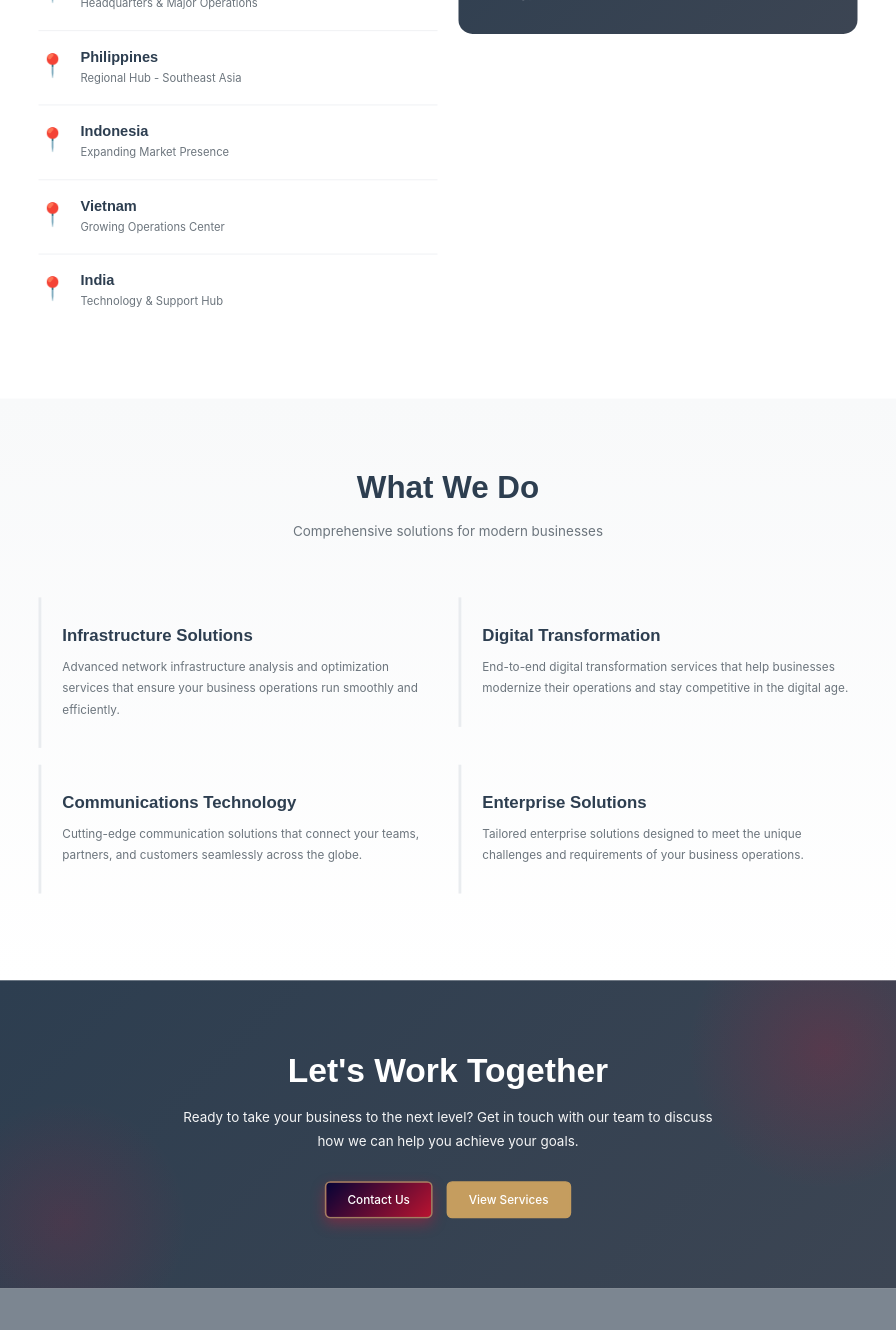
Repository: anamika-webdev/zuree_telecom_react
Page: /about-us
The author's editor kept a copy of each file at every save. The page is drawn from the files as they stood at one save, then again after the next save.
The browser window is 1280 px wide. The pictures show the part of the page from y = 2569 to 4469 px (the page is 5264 px tall), at 70% of full size.
Pictures or frames that could not be fetched are drawn as grey boxes. The page's requests for data from a server got no answer. Backgrounds fixed to the window are drawn as part of the page. The project was rebuilt for these pictures with package versions that can differ from the ones it lists, and the page was loaded fresh each time. No one was signed in, and anything a server would have sent is missing. Also part of the build but not shown: vite.config.js, src/assets/css/admin-layout.css, src/components/layout/AdminLayout.jsx, src/components/PrivateRoute.jsx, src/assets/css/admin-login.css, src/pages/AdminLogin.jsx, src/pages/Home.jsx, src/pages/Services.jsx and 35 more.

Above is the page before, as saved 2025-11-05 21:52:08.

After the next save:
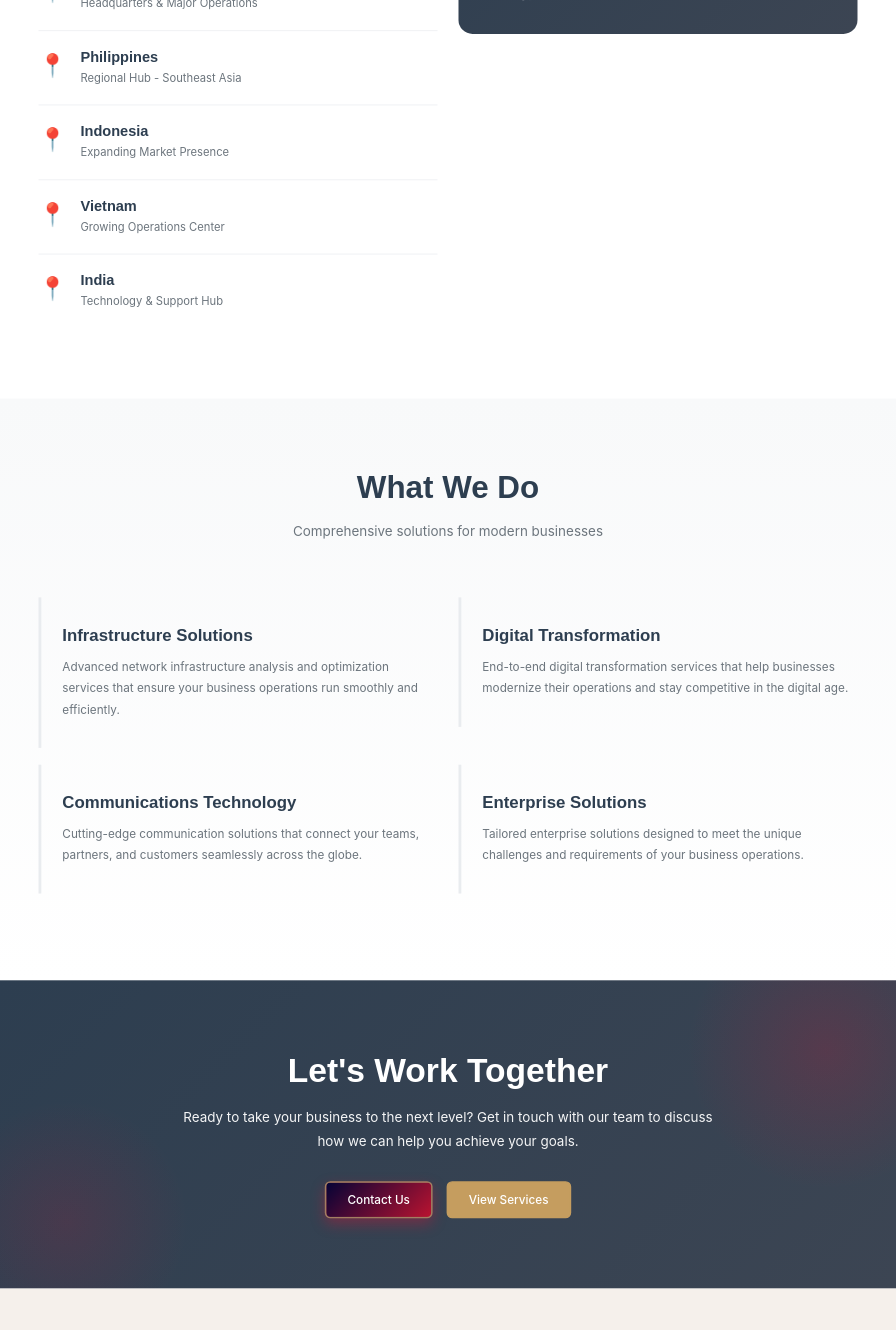
Saved 3 min 27 s later.
--- a/src/assets/css/complete-beige-theme.css
+++ b/src/assets/css/complete-beige-theme.css
@@ -268,78 +268,78 @@ a:hover {
 
 /* 13. Footer Styles
 --------------------------------------------------------------*/
-.site-footer {
+body .site-footer {
   /* UPDATED: Changed to hero section color */
-  background-color: var(--secondary-color);
+  background-color: var(--secondary-color) !important;
   /* UPDATED: Changed text to dark color for visibility */
-  color: var(--text-color);
+  color: var(--text-color) !important;
   padding-top: 60px;
   font-size: 15px;
 }
 
-.site-footer h5 {
+body .site-footer h5 {
   /* UPDATED: Changed heading to dark color */
-  color: var(--primary-color);
+  color: var(--primary-color) !important;
   font-weight: 600;
   margin-bottom: 20px;
 }
 
-.site-footer .footer-widget {
+body .site-footer .footer-widget {
   margin-bottom: 30px;
 }
 
-.site-footer .footer-links li {
+body .site-footer .footer-links li {
   padding: 5px 0;
 }
 
-.site-footer .footer-links li a {
+body .site-footer .footer-links li a {
   /* UPDATED: Changed link to dark color */
-  color: var(--text-color);
+  color: var(--text-color) !important;
   text-decoration: none;
   transition: all 0.3s ease;
 }
 
-.site-footer .footer-links li a:hover {
-  color: var(--primary-color);
+body .site-footer .footer-links li a:hover {
+  color: var(--primary-color) !important;
   padding-left: 5px;
 }
 
-.footer-socials a {
+body .site-footer .footer-socials a {
   /* UPDATED: Changed icon color */
-  color: var(--primary-color);
+  color: var(--primary-color) !important;
   display: inline-block;
   width: 36px;
   height: 36px;
   line-height: 36px;
   text-align: center;
   /* UPDATED: Changed border color */
-  border: 1px solid var(--primary-color-light);
+  border: 1px solid var(--primary-color-light) !important;
   border-radius: 50%;
   margin-right: 5px;
   transition: all 0.3s ease;
-}
-
-.footer-socials a:hover {
-  background-color: var(--primary-color);
-  color: #ffffff;
-  border-color: var(--primary-color);
-}
-
-.copyright-area {
+  background-color: transparent !important; /* Override layout.css */
+}
+
+body .site-footer .footer-socials a:hover {
+  background-color: var(--primary-color) !important;
+  color: #ffffff !important;
+  border-color: var(--primary-color) !important;
+}
+
+body .copyright-area {
   /* UPDATED: Changed to hero section color */
-  background-color: var(--secondary-color);
+  background-color: var(--secondary-color) !important;
   /* UPDATED: Changed border color to be subtle */
-  border-top: 1px solid var(--primary-color-light);
+  border-top: 1px solid var(--primary-color-light) !important;
   padding: 20px 0;
   margin-top: 30px;
 }
 
-.copyright-area p {
+body .copyright-area p {
   margin-bottom: 0;
   /* UPDATED: Changed text to dark color */
-  color: var(--text-color);
-}
-
+  color: var(--text-color) !important;
+}
 /* 14. Page Title
 --------------------------------------------------------------*/
 .page-title {
